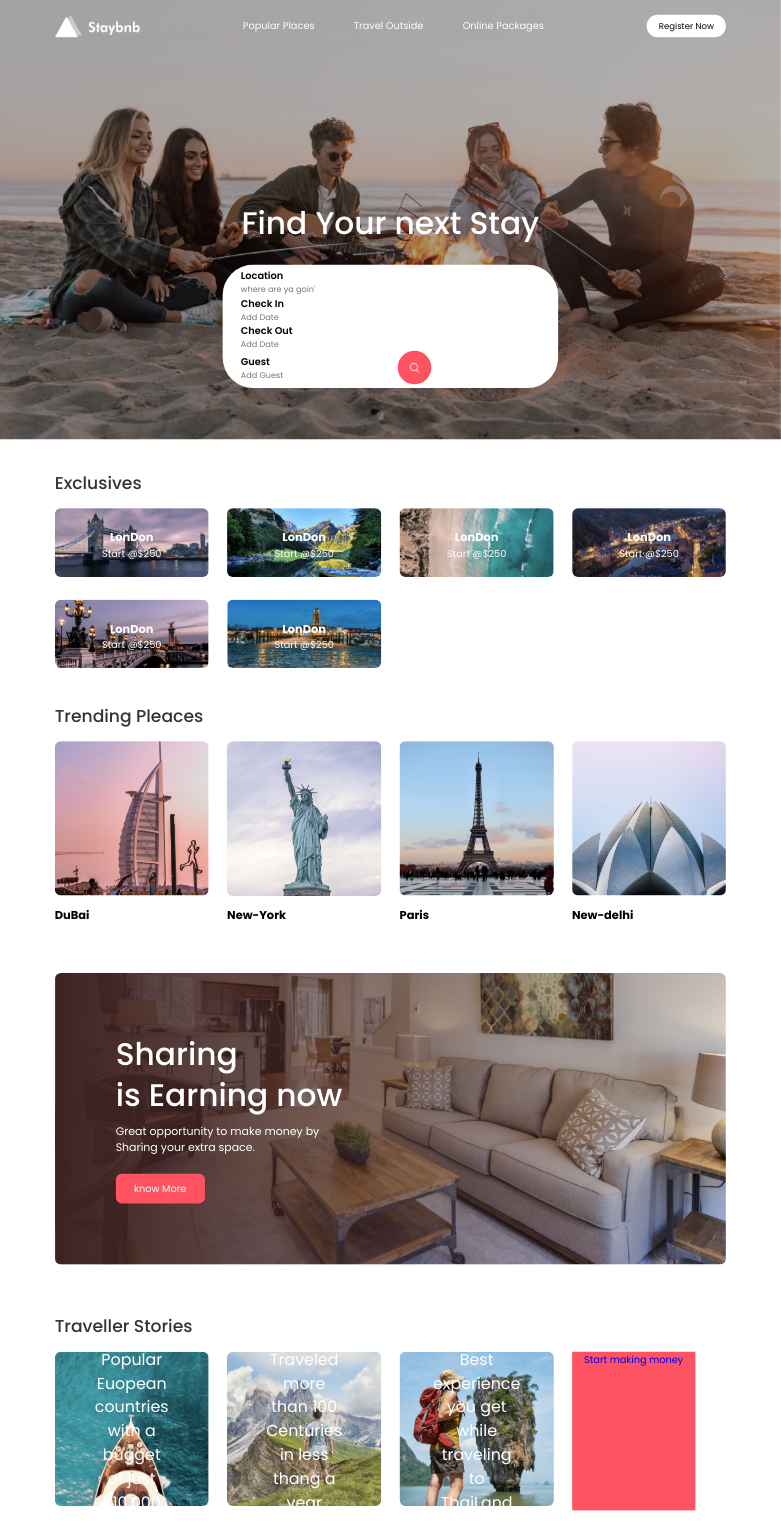
Repository: pinocoding/AirBnB
Page: house.html
An editor plug-in stored every save of this project. The page is shown before and after the next save, followed by the edit.
The browser window is 1280 px wide. The pictures show the whole page, at 61% of full size.

Above is the page before, as saved 2022-01-23 16:15:22.

### house.html
<!DOCTYPE html>
<html lang="en">
<head>
  <meta charset="UTF-8">
  <meta http-equiv="X-UA-Compatible" content="IE=edge">
  <meta name="viewport" content="width=device-width, initial-scale=1.0">
  <link rel="stylesheet" href="./style.css">
  <title>AirBnB</title>
</head>
<body>
  <!-- header -->
  <div class="header">
   <nav>
     <img src="/images/logo.png" class="logo" alt="blem" >
     <ul class="nav-links">
       <li><a href="#">Popular Places</a></li>
       <li><a href="#">Travel Outside</a></li>
       <li><a href="#">Online Packages</a></li>
     </ul>
     <a href="#"class="regiser-btn">Register Now</a>
   </nav>
   <div class="container">
     <h1>
       Find Your next Stay
     </h1>
     <div class="search-bar">
       <form >
         <div class="location-input">
           <label for="">Location</label>
           <input type="text" placeholder="where are ya goin'">
         </div>
         <div>
          <label for="">Check In </label>
          <input type="text" placeholder="Add Date">
        </div>
        <div>
          <label for="">Check Out</label>
          <input type="text" placeholder="Add Date">
        </div>
        <div>
          <label for="">Guest</label>
          <input type="text" placeholder="Add Guest">
        </div>
        <button type="submit">
          <img src="/images/search.png" alt="blem" >
        </button>
       </form>
     </div>


   </div>
   <!-- IMG gallary  -->


<!-- ---------Container------ -->

  </div>
  <div class="container">
    <h2 class="sub-title">Exclusives</h2>
    <div class="exclusives">
   <div>
     <img src="/images/image-1.png" alt="">
     <span>
       <h3>
         LonDon
       </h3>
       <p>
         Start @$250
       </p>
     </span>
   </div>
   <div>
    <img src="/images/image-2.png" alt="">
    <span>
      <h3>
        LonDon
      </h3>
      <p>
        Start @$250
      </p>
    </span>
  </div>
  <div>
    <img src="/images/image-3.png" alt="">
    <span>
      <h3>
        LonDon
      </h3>
      <p>
        Start @$250
      </p>
    </span>
  </div>
  <div>
    <img src="/images/image-4.png" alt="">
    <span>
      <h3>
        LonDon
      </h3>
      <p>
        Start @$250
      </p>
    </span>
  </div>
  <div>
    <img src="/images/image-5.png" alt="">
    <span>
      <h3>
        LonDon
      </h3>
      <p>
        Start @$250
      </p>
    </span>
  </div>
  <div>
    <img src="/images/image-6.png" alt="">
    <span>
      <h3>
        LonDon
      </h3>
      <p>
        Start @$250
      </p>
    </span>
  </div>
    </div>
    <h2 class="sub-title">
      Trending Pleaces
    </h2>
    <div class="trending">
      <div>
        <img src="/images/dubai.png" alt="blem" >
        <h3>DuBai</h3>
      </div>
      <div>
        <img src="/images/new-york.png" alt="blem" >
        <h3>New-York</h3>
      </div>
      <div>
        <img src="/images/paris.png" alt="blem" >
        <h3>Paris</h3>
      </div>
      <div>
        <img src="/images/new-delhi.png" alt="blem" >
        <h3>New-delhi</h3>
      </div>
    </div>
    <div class="cta">
      <h3>Sharing <br> is Earning now</h3>
      <p>Great opportunity to make money by <br> Sharing your extra space.</p>
      <a href="#" class="cta-btn">know More </a>
    </div>
<h2 class="sub-title">
  Traveller Stories
</h2>
<div class="stories">
  <div>
    <img src="/images/story-1.png" alt="#" >
    <p>Popular Euopean countries with a bugget of just $10.000 </p>
  </div>
  <div>
    <img src="/images/story-2.png" alt="#" >
    <p>Traveled more than 100 Centuries in less thang a year  </p>
  </div>
  <div>
    <img src="/images/story-3.png" alt="#" >
    <p>Best experience you get while traveling to ThaiLand</p>
  </div>
 <a href="#" class="start-btn">Start making money</a>

</div>
<!--  -->

</div>
</body>
<script src="./function.js"></script>
</html>

### style.css
@import url('https://fonts.googleapis.com/css2?family=Poppins:wght@300;400;500;600;700&display=swap');
:root {
  --text-colorWhite : #fff;
  --text-colorBlack : #000;
  --background  : #fff;
}
* {
  margin: 0;
  padding: 0;
  box-sizing: border-box;
  font-family: 'Poppins', sans-serif;
}
.header {
  min-height: 100vh;
  width: 100%;
  background-image:linear-gradient(rgba(0,0,0,0.3),rgba(0,0,0,0.3)),url(/images/banner.png);
  background-size: cover;
  background-position: center;
}
nav {
  display: flex;
  align-items: center;
  justify-content: space-between;
  padding: 20px  7%;
}
.logo {
  width: 140px;
  cursor: pointer;
}
.nav-links li {
  list-style: none;
  display: inline-block;
  margin : 10px 30px
}
.nav-links li a {
  text-decoration: none;
  color: var(--text-colorWhite);
}
 .regiser-btn {
   background:var(--background) ;
   color: #000;
   padding:8px 20px;
   border-radius: 20px;
   font-size: 14px;
   text-decoration: none;
  outline: none;

}
.container {
  padding :0 7%;
}
.container h1  {
font-size: 4vw;
font-weight: 500;
color: var(--text-colorWhite);
text-align: center;
padding-top: 22%

}
.search-bar {
  background: var(--background);
  width: 50%;
  margin: 30px auto;
  padding: 6px 10px 6px 30px;
  border-radius: 50px;

}
.search-bar form {
  display:  flex;
  align-items: center;
  flex-wrap: wrap;
}
.search-bar form input {
  display: block;
  border: 0;
  outline: none;
  background: transparent;
}
.search-bar form button {
  background: #ff5361;
  width: 55px;
  height: 55px;
  border-radius: 50%;
  outline: none;
  border: 0;
  cursor: pointer;
}
.search-bar form button img {
  width: 15px;
  margin-top: 7px;
}
.location-input {
  flex: 1;
}
.search-bar form label {
  font-weight: 600;
}
/* ---------Exclusives--------- */
.sub-title {
  margin:  50px 0 20px;
  font-size: 2.2vw;
  font-weight: 500;
  color: #333;
}
.exclusives {

  display: grid ;
  grid-template-columns: repeat(auto-fit,minmax(200px,1fr));
  grid-gap: 30px


}
.exclusives div img {
  width:100% ;
  border-radius: 10px;
}
.exclusives div {
  position: relative;
}
.exclusives div span {
  position:absolute;
  top : 50%;
  left: 50%;
  transform: translate(-50%,-50%);
  color: var(--text-colorWhite);
  text-align: center;
  cursor: pointer;
}
/* ------------Trending Please---------------------- */
.trending {

  display: grid ;
  grid-template-columns: repeat(auto-fit,minmax(200px,1fr));
  grid-gap: 30px;
  margin-bottom :30px;


}
.trending div img {
  width:100% ;
  border-radius: 10px;
}
.trending h3 {
  font-size: 600;
  margin-top :10px
}
/* -----Call to action --- */
.cta {
  margin : 80px 0  ;
  background-image: linear-gradient(to right, #3f2321,transparent),url(/images/banner-2.png);
  background-size: cover ;
  background-position: center;
  border-radius: 10px;
  padding: 100px;
  color: var(--text-colorWhite);


}
.cta  h3 {
  font-size: 4vw ;
  line-height: 5.3vw ;
  font-weight: 500;

}
.cta p {
  font-size: 18px;
  margin: 10px 0;
}
.cta .cta-btn {
  background: #ff5361;
  color: #fff;
  text-decoration: none;
  padding: 12px  30px ;
  border-radius: 10px;
  margin-top:20px ;
  display: inline-block;

}
/* ------------Traveller Stories--------- */
.stories {
  display: grid ;
  grid-template-columns: repeat(auto-fit,minmax(200px,1fr));
  grid-gap: 30px;
  margin-bottom :30px;

}
.stories div img {
  width: 100%;
  border-radius: 10px;
}
.stories div {
  position: relative;
  text-align: center;

}
.stories p {
  width: 80%px;
  position: absolute;
  top: 50%;
  left: 50%;
  transform: translate(-50%,-50%);
  color: var(--text-colorWhite);
  font-size: 26px;
}
.start-btn {
  text-decoration: none;
  background-color: #ff5361;
  width: 80%;
  max-width: 350px;
  display: block;
  text-align: center;
}

Loaded but not shown: function.js (no copy from this time; the picture is the same without it)

After the next save:
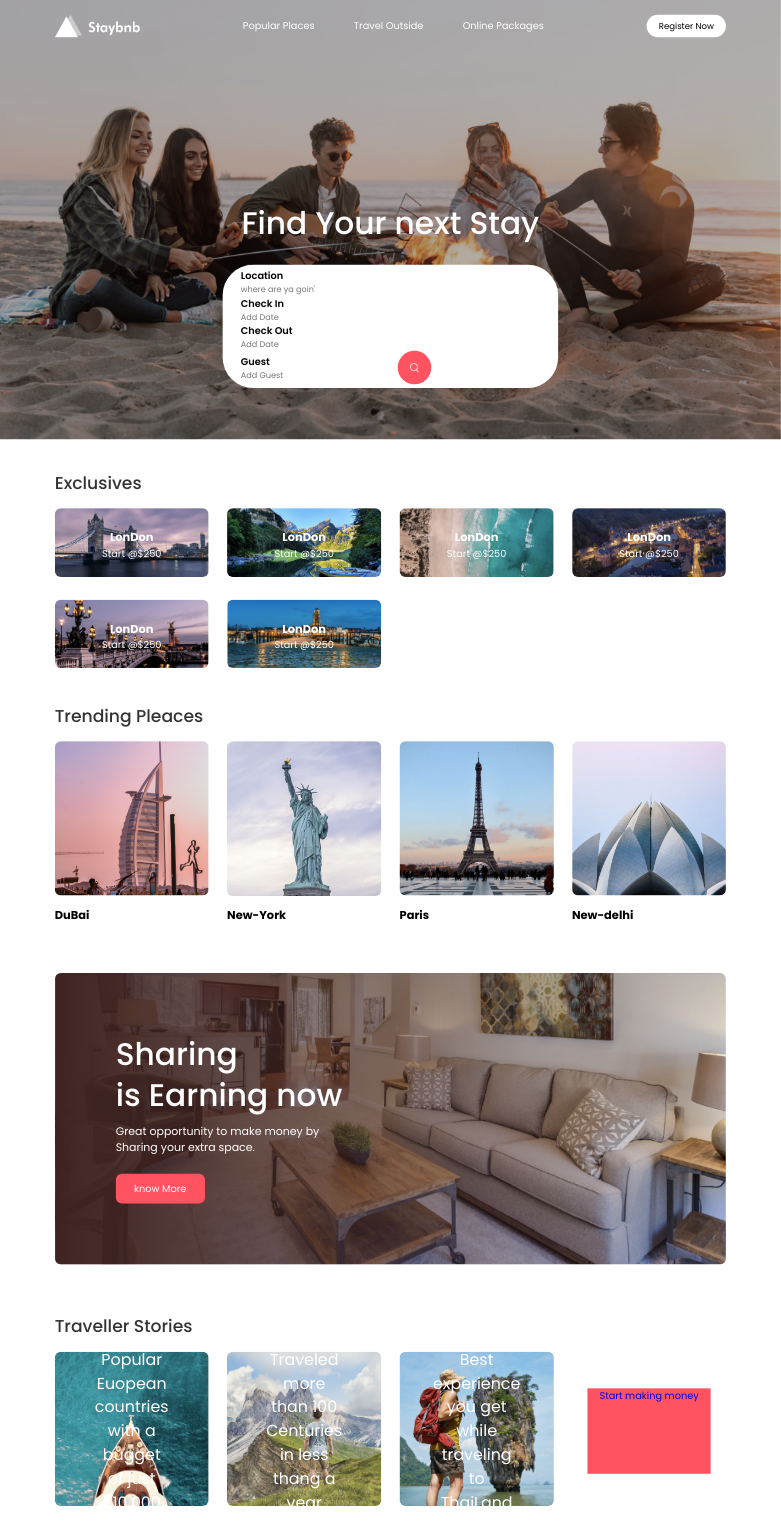
Saved 26 s later.
--- a/style.css
+++ b/style.css
@@ -209,4 +209,5 @@ padding-top: 22%
   max-width: 350px;
   display: block;
   text-align: center;
-}
+  margin : 60px auto ;
+}
